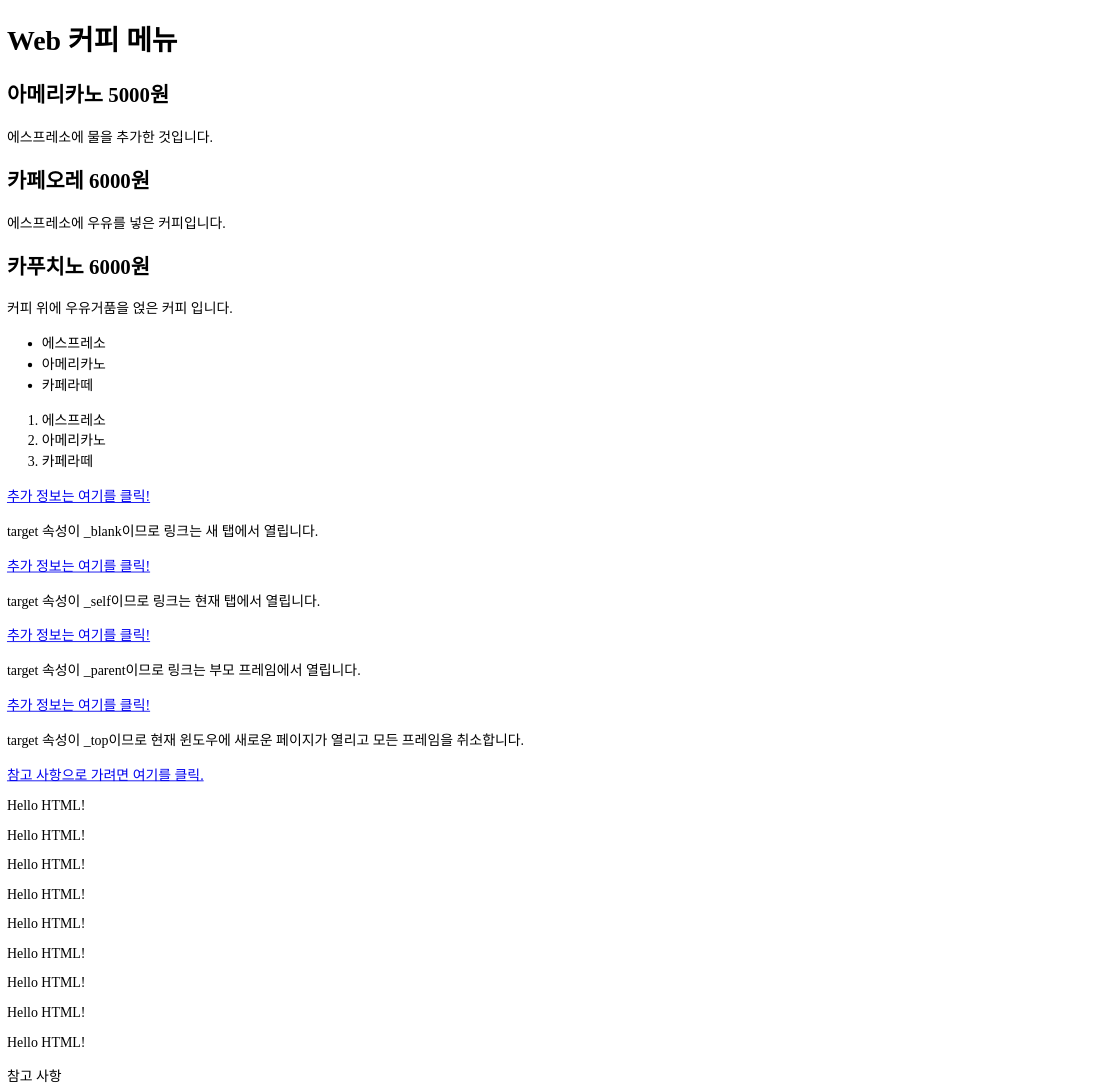
Repository: dhbaek2004/JSPex
Page: http://localhost/UX/UX_01.jsp
The author's editor kept a copy of each file at every save. The page is drawn from the files as they stood at one save, then again after the next save.
The browser window is 1280 px wide. The pictures show the whole page, at 87% of full size.
The page is served by Tomcat 9.

Above is the page before, as saved 2020-08-25 08:38:33.

After the next save:
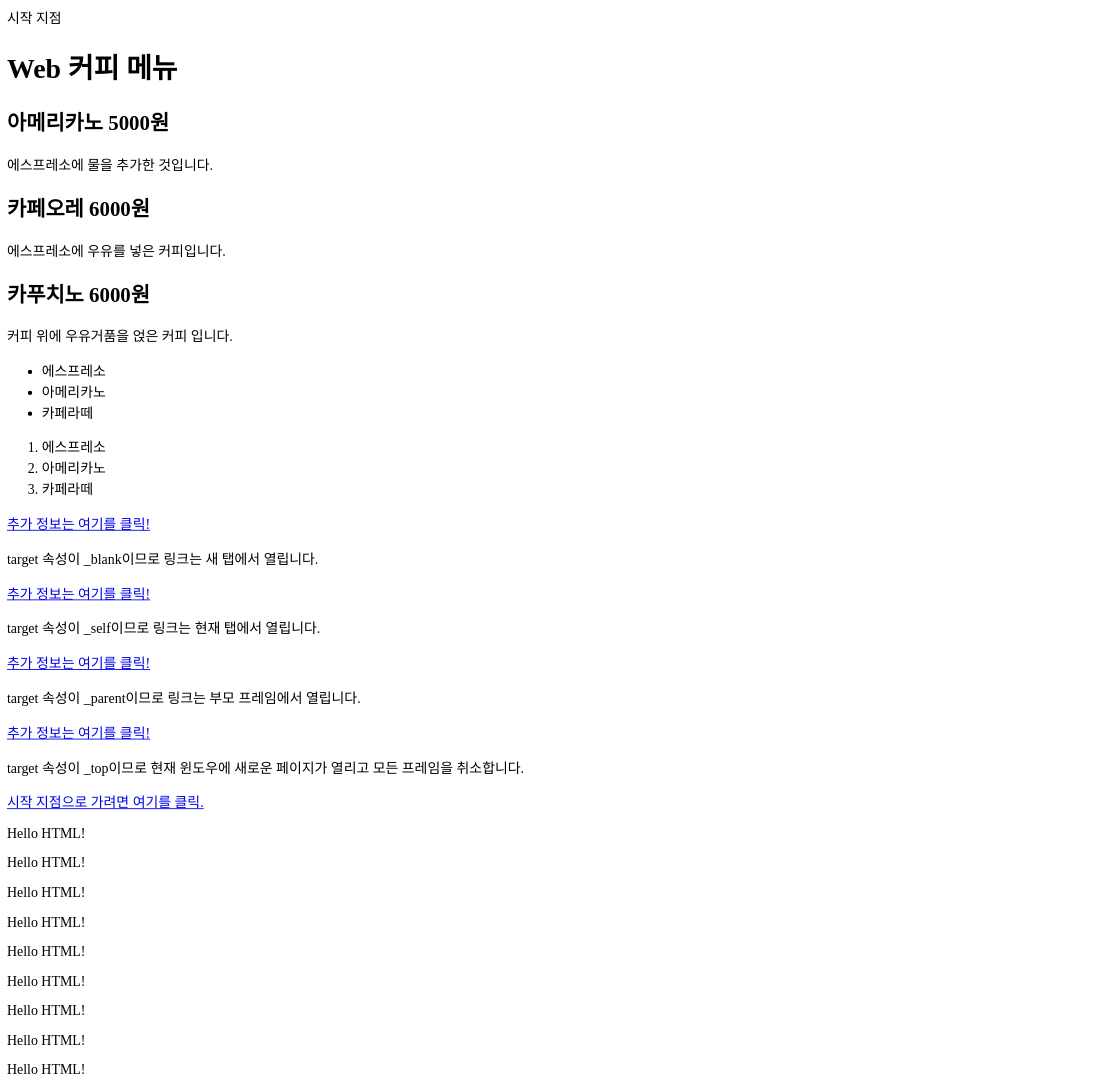
Saved 40 s later.
--- a/Infrearn/UX/UX/WebContent/UX_01.jsp
+++ b/Infrearn/UX/UX/WebContent/UX_01.jsp
@@ -8,6 +8,8 @@
 </head>
 
 <body>
+
+	<a id="section1">시작 지점</a>
 	<h1>Web 커피 메뉴</h1>
 	<h2>아메리카노 5000원</h2>
 	<p>에스프레소에 물을 추가한 것입니다.</p>
@@ -39,7 +41,7 @@
 	<a href="http://www.google.com/" target="_top">추가 정보는 여기를 클릭!</a>
 	<p>target 속성이 _top이므로 현재 윈도우에 새로운 페이지가 열리고 모든 프레임을 취소합니다.</p>
 
-	<a href="#section1">참고 사항으로 가려면 여기를 클릭.</a>
+	<a href="#section1">시작 지점으로 가려면 여기를 클릭.</a>
 
 	<p> Hello HTML!</p>
 	<p> Hello HTML!</p>
@@ -50,34 +52,9 @@
 	<p> Hello HTML!</p>
 	<p> Hello HTML!</p>
 	<p> Hello HTML!</p>
-	<p> </p>
-	<p> </p>
-	<p> </p>
-	<p> </p>
-	<p> </p>
-	<p> </p>
-	<p> </p>
-	<p> </p>
-	<p> </p>
-	<p> </p>
-	<p> </p>
-	<p> </p>
-	<p> </p>
-	<p> </p>
-	<p> </p>
-	<p> </p>
-	<p> </p>
-	<p> </p>
-	<p> </p>
-	<p> </p>
-	<p> </p>
-	<p> </p>
-	<p> </p>
-	<p> </p>
-	<p> </p>
 
 
-	<a id="section1">참고 사항</a>
+
 
 
 </body>
